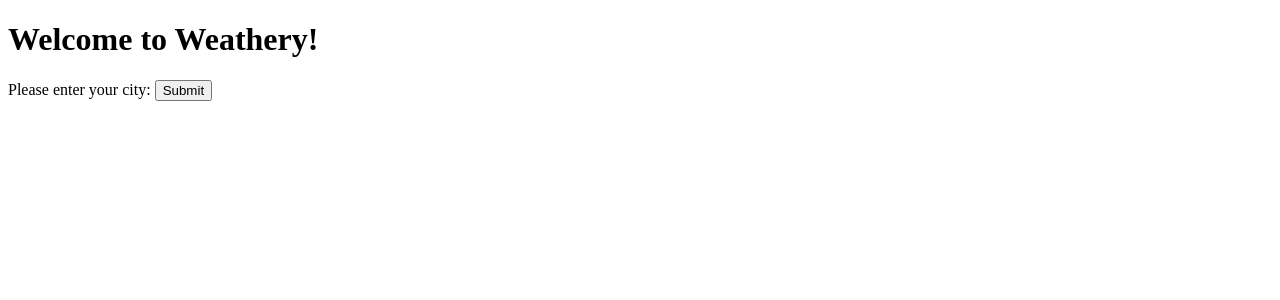
Repository: Chaunce-y/Weathery
Page: index.html
These files come from the project's save history. The page is drawn as it stood at one moment and after the next save; the edit follows.
The browser window is 1280 px wide. The pictures show the whole page.

Above is the page before, as saved 2020-08-20 15:50:46.
Console error (its wording comes from the project's code and is left out).

### index.html
<!DOCTYPE html>
<html lang="en">
<head>
    <meta charset="UTF-8">
    <meta name="viewport" content="width=device-width, initial-scale=1.0">
    <script src="https://unpkg.com/axios/dist/axios.min.js"></script>
    <title>Weathery</title>
</head>
<body>
    <h1>Welcome to Weathery!</h1>
    <form>
        <submit>Please enter your city: </submit>
        <button type="submit">Submit</button>
    </form>
    <div id="results"></div>














</body>
<script src="app.js"></script>
</html>

### app.js
const weatherIcon = document.querySelector('')

After the next save:
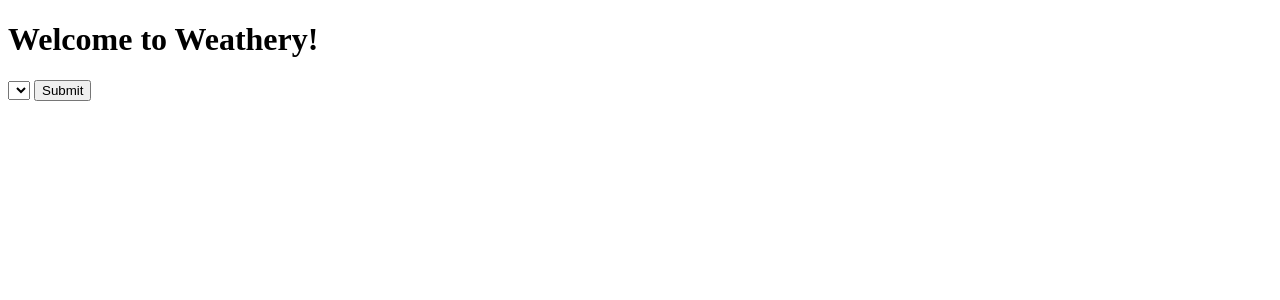
Saved 87 s later.
--- a/index.html
+++ b/index.html
@@ -9,7 +9,7 @@
 <body>
     <h1>Welcome to Weathery!</h1>
     <form>
-        <submit>Please enter your city: </submit>
+        <select id="city">Please enter your city: </select>
         <button type="submit">Submit</button>
     </form>
     <div id="results"></div>
